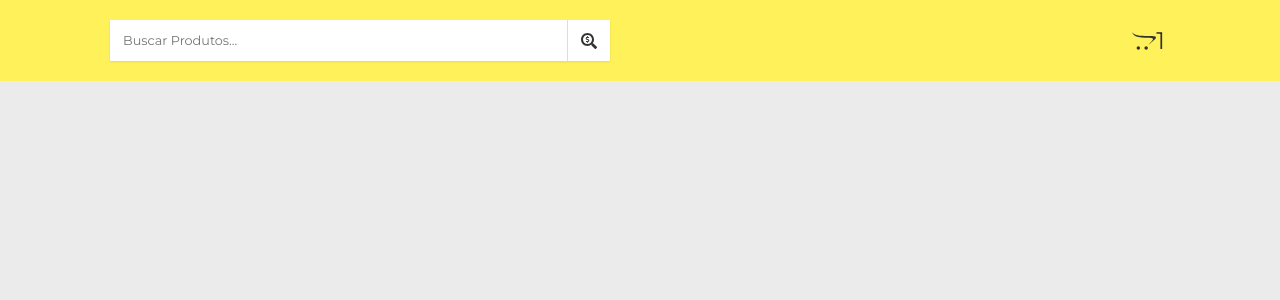
Repository: Gab23Oli/Projeto-de-Conclus-o---Shopping-Cart
Page: /
The author's editor kept a copy of each file at every save. The page is drawn from the files as they stood at one save, then again after the next save.
The browser window is 1280 px wide. The pictures show the whole page.
The project was rebuilt for these pictures with package versions that can differ from the ones it lists, and the page was loaded fresh each time.

Above is the page before, as saved 2024-01-25 14:00:38.

After the next save:
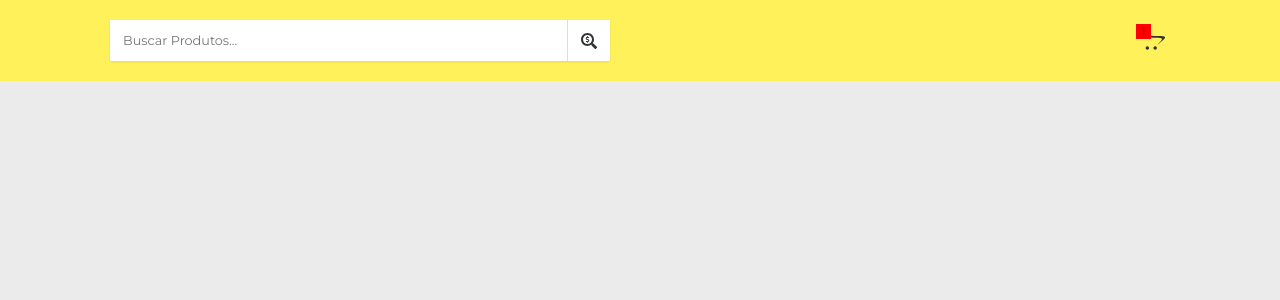
Saved 64 s later.
--- a/src/components/CartButton/CartButton.css
+++ b/src/components/CartButton/CartButton.css
@@ -13,5 +13,12 @@
 }
 
 .cart-status {
+  background: red;
+  width: 15px;
+  height: 15px;
+  position: absolute;
+  top: 0;
+  left: 0;
+  font-size: 11px;
 
 }
